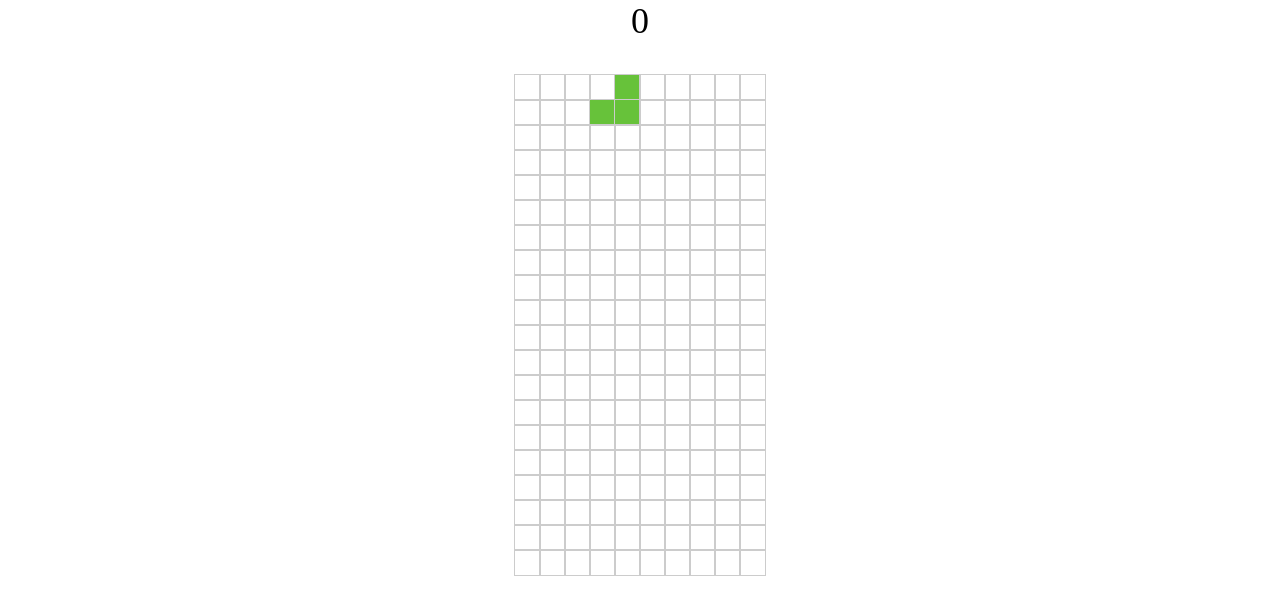
Repository: chlwpdnswku/tetris
Page: index.html
An editor plug-in stored every save of this project. The page is shown before and after the next save, followed by the edit.
The browser window is 1280 px wide. The pictures show the whole page.

Above is the page before, as saved 2022-12-12 02:18:21.

### index.html
<!DOCTYPE html>
<html lang="en">

<head>
    <meta charset="UTF-8">
    <meta http-equiv="X-UA-Compatible" content="IE=edge">
    <meta name="viewport" content="width=device-width, initial-scale=1.0">
    <link rel="stylesheet" href="style.css">
    <title>Document</title>

</head>

<body>
    <div class="wrapper">
        <div class="score">0</div>
        <div class="playground">
            <!-- ul  -->
            <ul></ul>
        </div>

    </div>

    <script src="script.js"></script>
</body>

</html>

### style.css
* {
  margin: 0;
  padding: 0;
}
ul {
  list-style: none;
}
body {
  height: 100%;
  overflow: hidden;
}
.score {
  text-align: center;
  font-size: 36px;
  margin-bottom: 2rem;
}
.playground > ul {
  border: 1px solid #333;
  width: 250px;
  margin: 0 auto;
}
.playground > ul > li {
  width: 100%;
  height: 25%;
}

.playground > ul > li > ul {
  display: flex;
}
.playground > ul > li > ul > li {
  width: 25px;
  height: 25px;
  outline: 1px solid #ccc;
}
.tree {
  background: #67c23a;
}

### script.js
// DOM element
const playground = document.querySelector('.playground > ul');

// console.log(playground);

// setting
const GAME_ROWS = 20;
const GAME_COLS = 10;

// variables
let score = 0;
let duration = 500;
let downInterval;
let tempMovingItem;

// 좌료를 바꾸면 모양이 바뀐다.
const BLOCKS = {
  tree: [
    [
      [0, 1],
      [1, 1],
      [1, 0],
      [1, 1],
    ],
    [],
    [],
    [],
  ],
};

const movingItem = {
  type: 'tree',
  direction: 0,
  top: 0,
  left: 3,
};

// functions

init();
// 맨처음 시작하는 함수 10개의 20개의 줄을 저장
function init() {
  // 값만 가져와서 넣어줌
  tempMovingItem = { ...movingItem };
  //   movingItem.left = 3;
  //   console.log(tempMovingItem);
  for (let i = 0; i < GAME_ROWS; i++) {
    prependNewLine();
  }
  renderBlocks();
}

//
function prependNewLine() {
  const li = document.createElement('li');
  const ul = document.createElement('ul');

  for (let j = 0; j < GAME_COLS; j++) {
    const matrix = document.createElement('li');
    // ul -> li
    ul.prepend(matrix);
  }
  li.prepend(ul);
  playground.prepend(li);
}

function renderBlocks() {
  const { type, direction, top, left } = tempMovingItem;
  //   console.log(BLOCKS[type][direction]);

  const movingBlocks = document.querySelectorAll('.moving');

  //   4개의 무빙이 찍힘
  movingBlocks.forEach((moving) => {
    // 이러면 css에의해서 트리 클래스가없는 애들은 빈값이됨
    moving.classList.remove(type, 'moving');
    // console.log(moving);
  });

  // 즉 forEach 문으로
  BLOCKS[type][direction].forEach((block) => {
    const x = block[0] + left;
    const y = block[1] + top;
    // console.log({ playground });
    // ul안에 chileNodes ->이 렇게 가는거임 0번은 li임
    // target은 tree 클래스 부여 즉 tree를  class를 줘서 css 를 변경?
    const target = playground.childNodes[y]
      ? playground.childNodes[y].childNodes[0].childNodes[x]
      : null;

    const isAvailable = checkEmpty(target);
    // console.log(target);
    // 여기가 보여주는거네
    // 가능한 상태이면?
    if (isAvailable) {
      target.classList.add(type, 'moving');
    } else {
      // 원상복구 시키고 재귀함수를 호출할거임 ! 좌표를 원상태로 하고 부르기
      tempMovingItem = { ...movingItem };
      //   이벤트가 전부 실행이되고 스택을 집어넣는용도
      //   setTimeout(() => {
      //     renderBlocks();
      //   }, 0);
      renderBlocks();
    }
  });
  movingItem;
  //   console.log(type, direction, top, left);
}
function checkEmpty(target) {
  if (!target) {
    return false;
  }
  return true;
}

// 인자들을 받고
function moveBlock(moveType, amount) {
  // left를 바꿔줌 이게 증가함에 따라 움직임 하지만 색칠이됨 이동하고
  // 남은 클래스 부분들을삭제를해야됨
  tempMovingItem[moveType] += amount;
  renderBlocks();
}

// 이벤트 핸들링 키를 움직이면 이벤트 객체가 생김 keyCode를 이용해서 각각의 함수를 실행을 시킬거임
document.addEventListener('keydown', (e) => {
  switch (e.keyCode) {
    case 39:
      moveBlock('left', 1);
      break;
    case 37:
      moveBlock('left', -1);
      break;
    case 40:
      moveBlock('top', 1);
      break;
    default:
      break;
  }
  //   console.log(e);
});

//  아래 밑에를 벗어나거나 엘리먼트를 넘어갈때 ? 에러처리 를 해줌
// childNodes[y]가 넘어갈때 target변수가 없을경우 처리해주는 방법

After the next save:
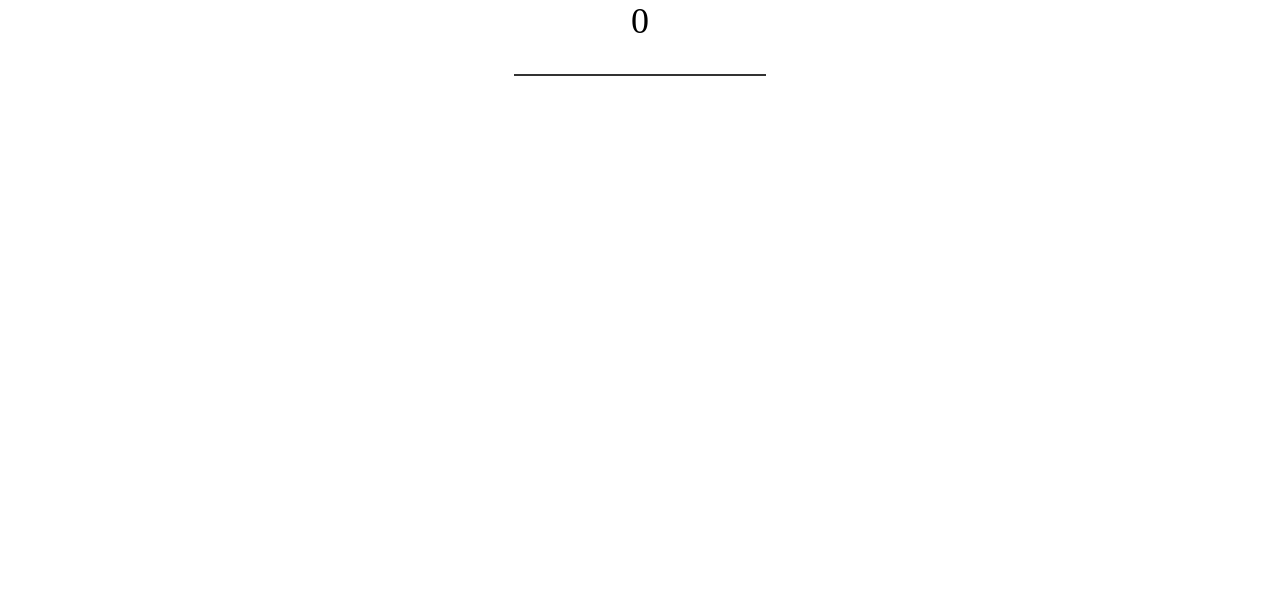
Console error: SyntaxError: Unexpected token '}'
Saved 4 s later.
--- a/script.js
+++ b/script.js
@@ -104,7 +104,7 @@
       renderBlocks();
     }
   });
-  movingItem;
+  movingItem.left=
   //   console.log(type, direction, top, left);
 }
 function checkEmpty(target) {

After the 2 saves that followed:
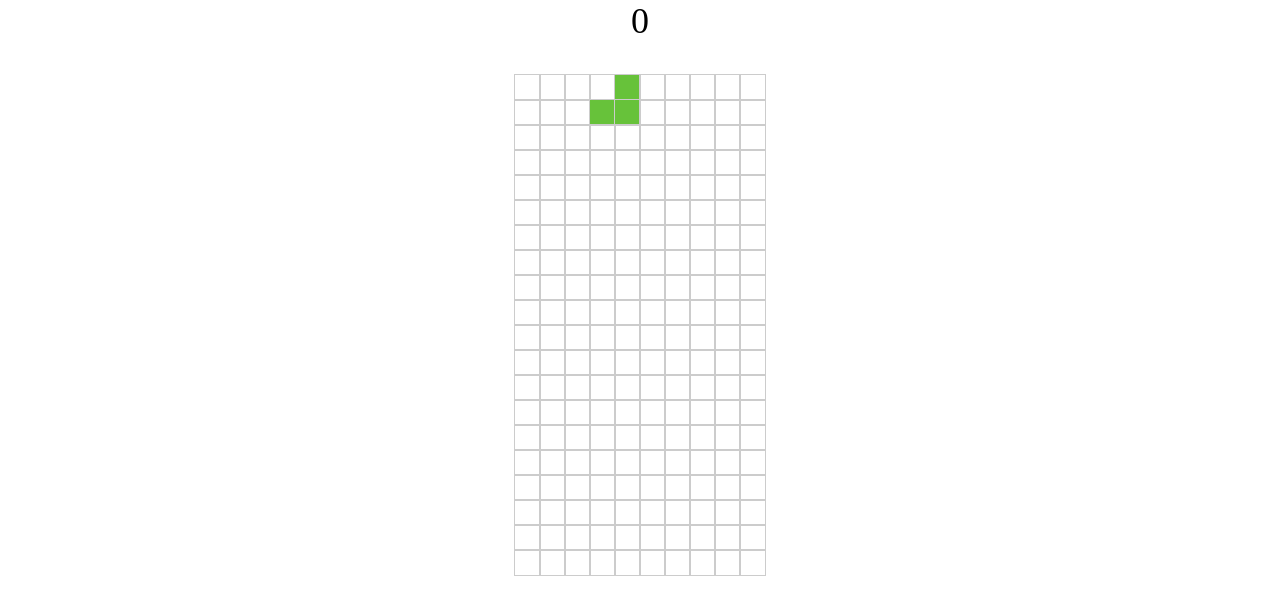
Console error: ReferenceError: right is not defined
The 2 saves are shown as one change because they came seconds apart.
The last was saved 10 s later.
--- a/script.js
+++ b/script.js
@@ -104,7 +104,9 @@
       renderBlocks();
     }
   });
-  movingItem.left=
+  movingItem.left = left;
+  movingItem.right = right;
+  movingItem.direction = direction;
   //   console.log(type, direction, top, left);
 }
 function checkEmpty(target) {
